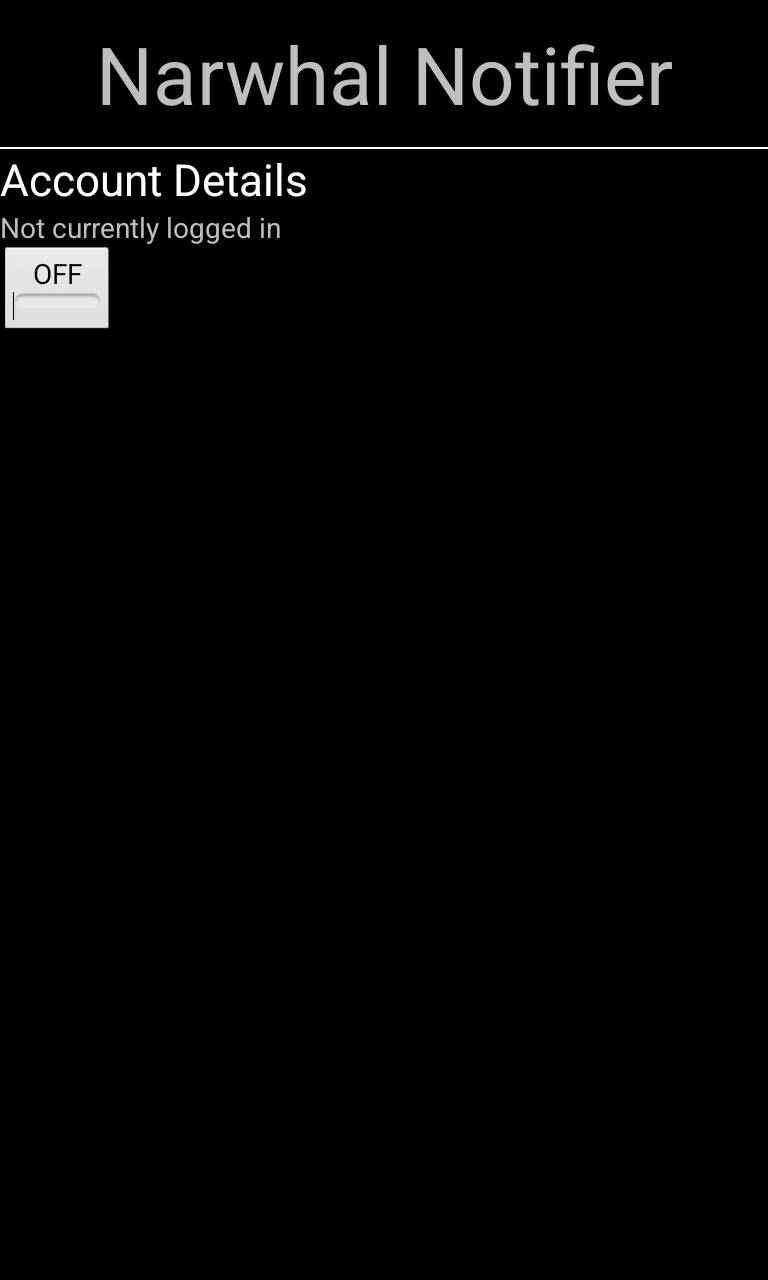
Repository: shawnbuso/NarwhalNotifier
Layout: Narwhal Notifier/res/layout/main.xml
The author's editor kept a copy of each file at every save. The layout is drawn from the files as they stood at one save, then again after the next save.
It is drawn on a 768 x 1280 px phone screen (xhdpi) without system bars, with theme android:Theme; the app's code is not run.

Above is the layout before, as saved 2012-01-11 18:32:17.

After the next save:
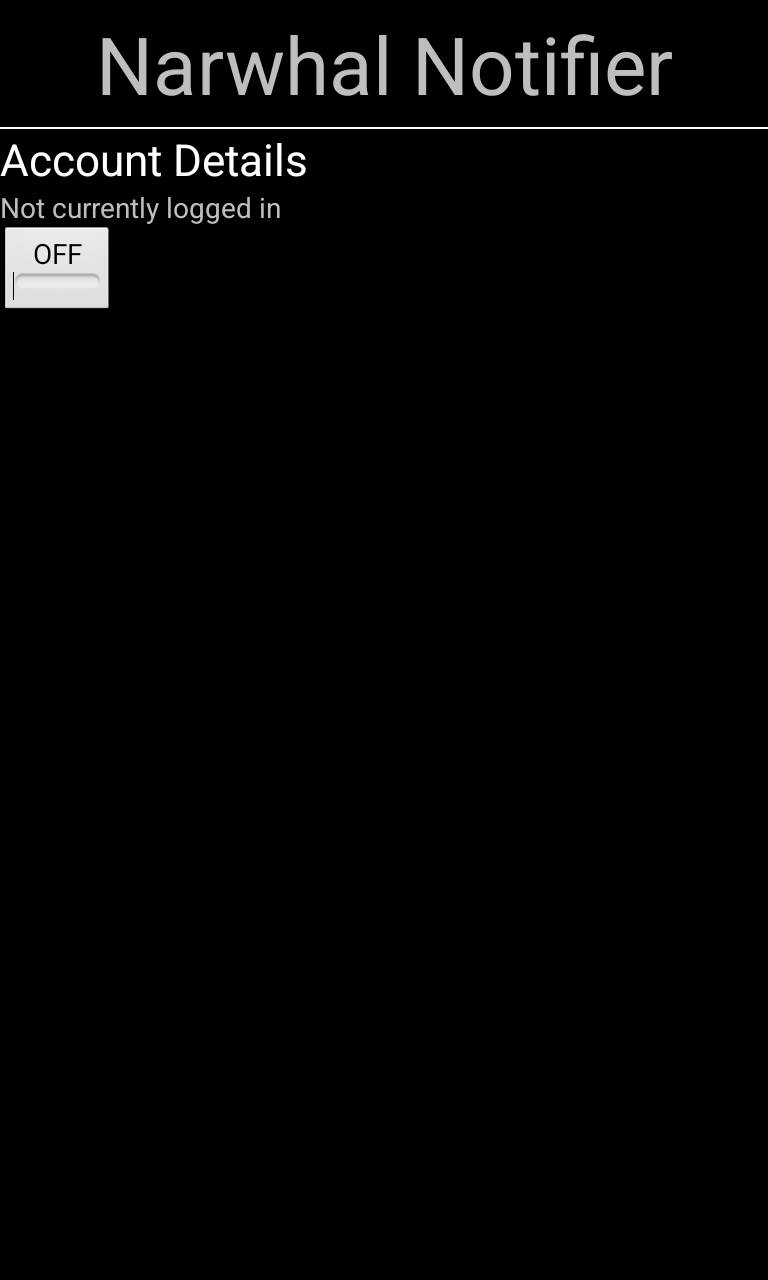
Saved 14 s later.
--- a/Narwhal Notifier/res/layout/main.xml
+++ b/Narwhal Notifier/res/layout/main.xml
@@ -11,8 +11,8 @@
         android:gravity="center_horizontal"
         android:text="@string/app_name"
 		android:textSize="40dp"
-		android:layout_marginTop="10dp"
-		android:layout_marginBottom="10dp"/>
+		android:layout_marginTop="10px"
+		android:layout_marginBottom="10px"/>
 
     <View
         android:id="@+id/separator"

After the save that followed:
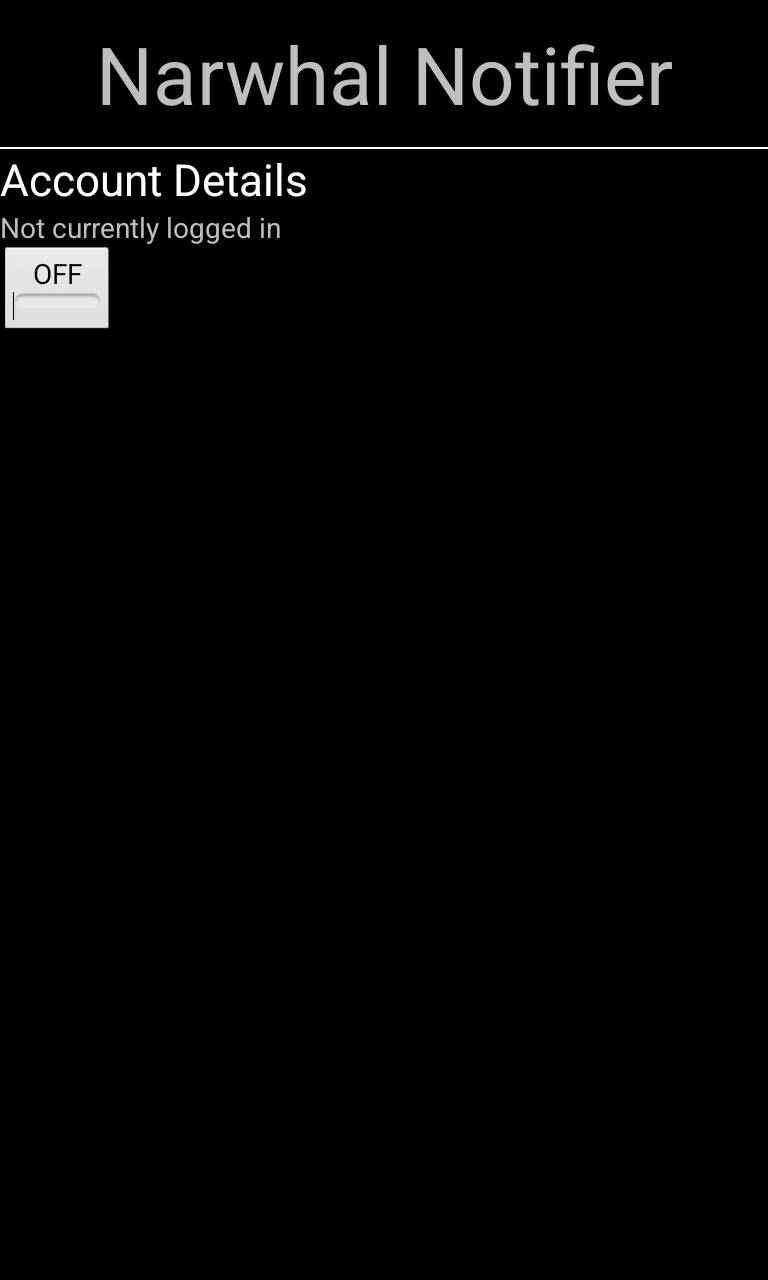
Saved 12 s later.
--- a/Narwhal Notifier/res/layout/main.xml
+++ b/Narwhal Notifier/res/layout/main.xml
@@ -11,8 +11,8 @@
         android:gravity="center_horizontal"
         android:text="@string/app_name"
 		android:textSize="40dp"
-		android:layout_marginTop="10px"
-		android:layout_marginBottom="10px"/>
+		android:layout_marginTop="10dp"
+		android:layout_marginBottom="10dp"/>
 
     <View
         android:id="@+id/separator"
